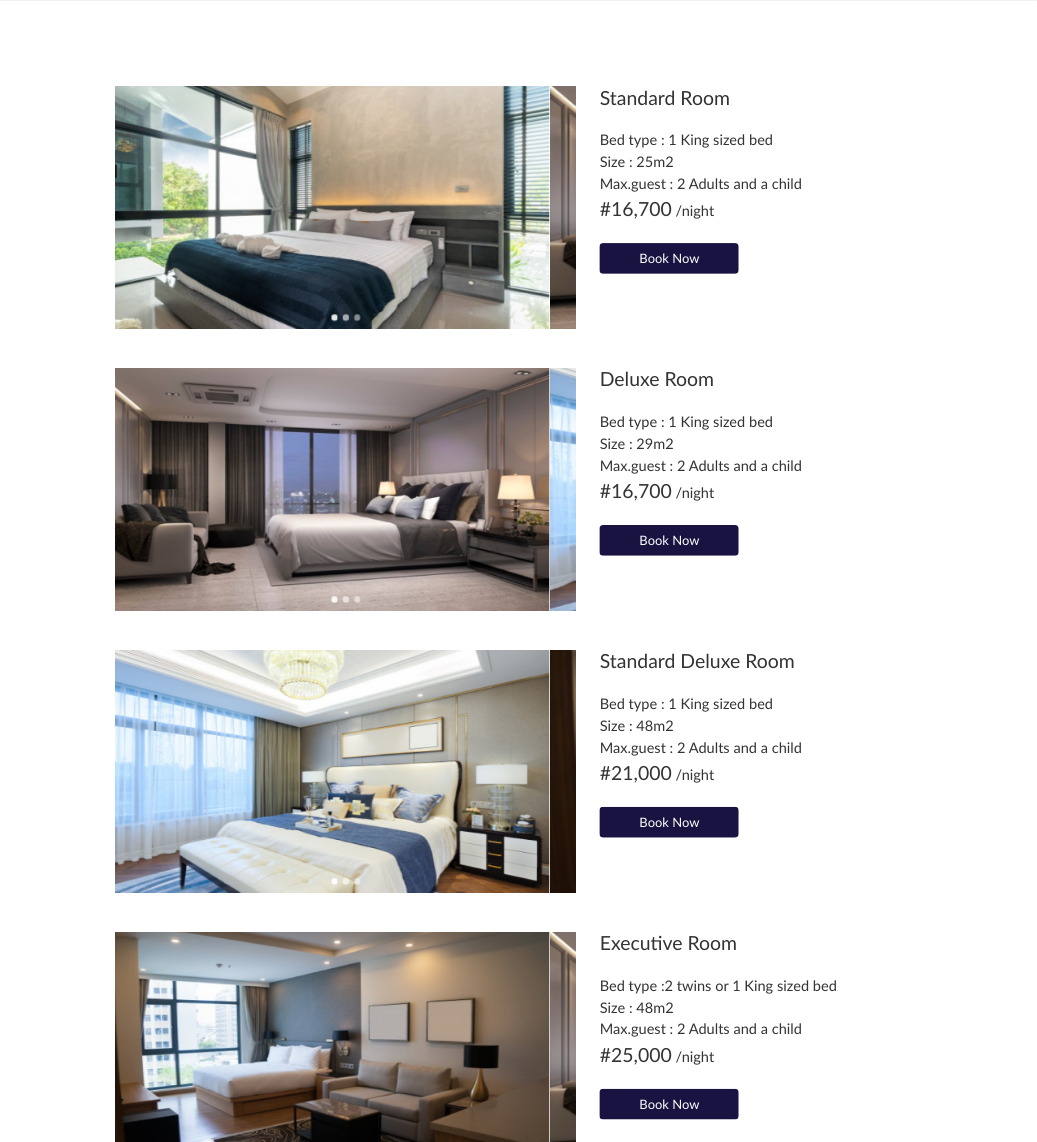
Repository: Syfon01/hotel-website
Page: index.html
The author's editor kept a copy of each file at every save. The page is drawn from the files as they stood at one save, then again after a run of saves.
The browser window is 1280 px wide. The pictures show the part of the page from y = 589 to 1999 px (the page is 3475 px tall before and 3395 px after), at 81% of full size.
Pictures or frames that could not be fetched are drawn as grey boxes.

Above is the page before, as saved 2020-06-09 17:44:51.

After the next 3 saves:
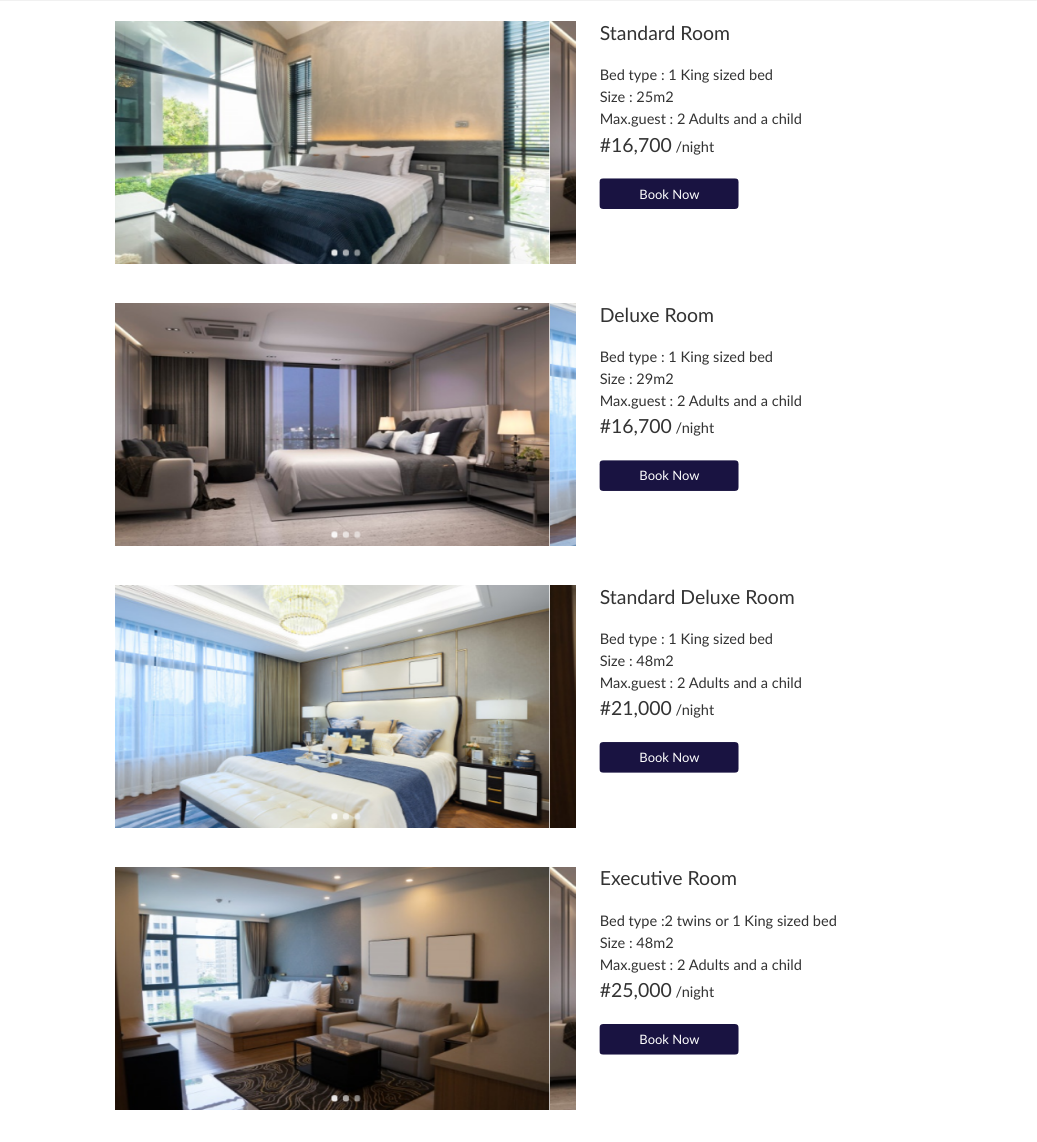
The 3 saves are shown as one change because they came seconds apart.
The last was saved 15 s later.
--- a/index.html
+++ b/index.html
@@ -95,7 +95,7 @@
     </section> -->
     <!-- carousel section -->
     <section id="carousel-section pt-5">
-      <div class="container pt-5 mt-5">
+      <div class="container mt-3">
         <div class="row py-4">
           <div class="col-md-7 col-lg-7 col-12 col-sm-12">
             <div id="carouselExampleIndicators" class="carousel slide" data-ride="carousel">
